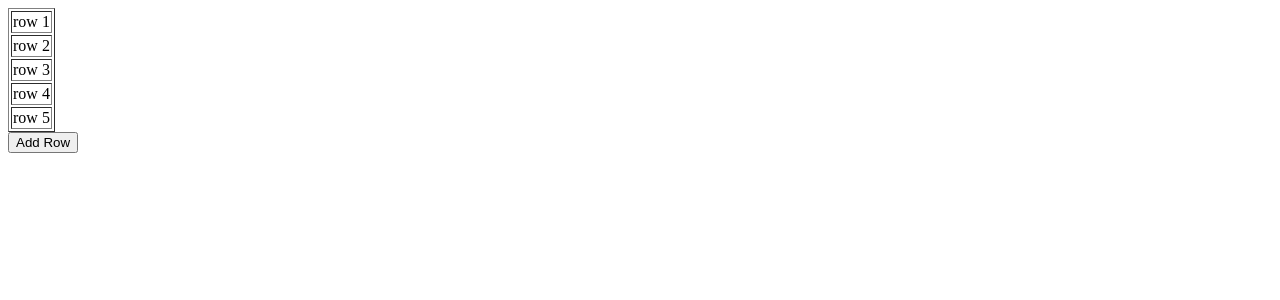
Repository: VladimirJetchev/JavaScriptHomework
Page: HomeworkJS/Task8JS/Task8JS.html
These files come from the project's save history. The page is drawn as it stood at one moment and after the next save; the edit follows.
The browser window is 1280 px wide. The pictures show the whole page.

Above is the page before, as saved 2016-01-11 19:15:07.

After the next save:
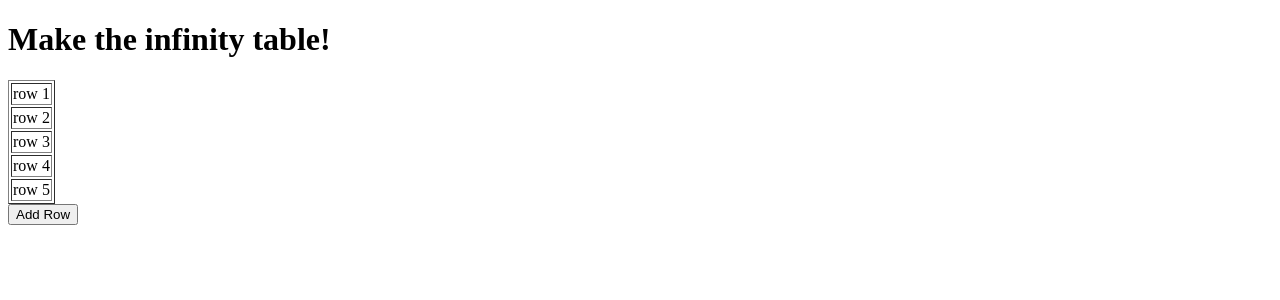
Saved 34 s later.
--- a/HomeworkJS/Task8JS/Task8JS.html
+++ b/HomeworkJS/Task8JS/Task8JS.html
@@ -5,6 +5,7 @@
     <title>Addition of Rows</title>
 </head>
 <body>
+<h1>Make the infinity table!</h1>
 <table border='1'>
     <tr><td>row 1</td></tr>
     <tr><td>row 2</td></tr>
